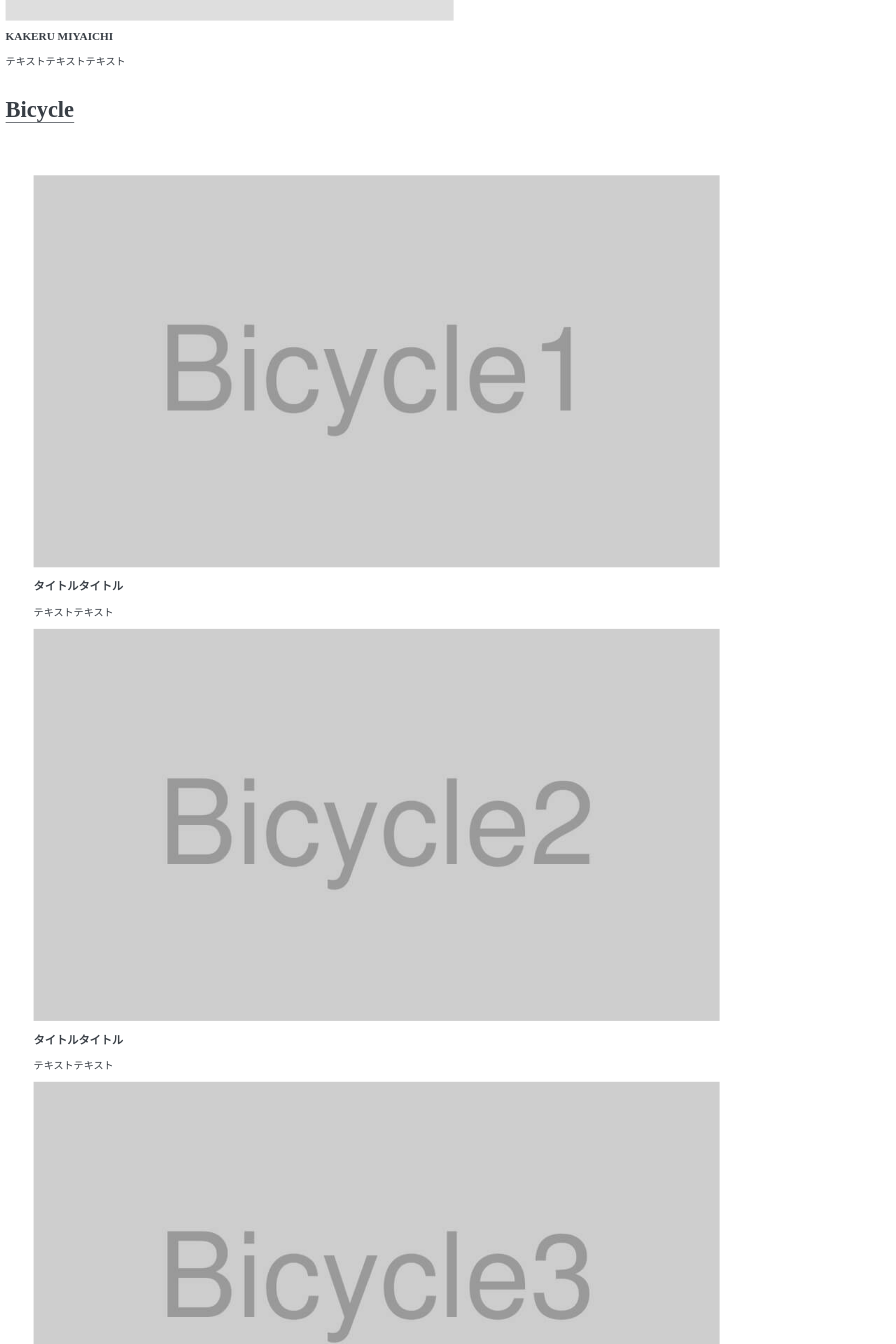
Repository: Fuki-san/bicycle
Page: http://localhost/bicycle
An editor plug-in stored every save of this project. The page is shown before and after a run of saves, followed by the edit.
The browser window is 1280 px wide. The pictures show the part of the page from y = 1729 to 3649 px (the page is 3954 px tall before and 3851 px after), at 70% of full size.
The page is served by the project's Laravel application, run on PHP 8.4 with Laravel 10. Other server files are loaded and not shown.

Above is the page before, as saved 2023-11-16 15:03:29.

### routes/web.php
<?php

use Illuminate\Support\Facades\Route;

/*
|--------------------------------------------------------------------------
| Web Routes
|--------------------------------------------------------------------------
|
| Here is where you can register web routes for your application. These
| routes are loaded by the RouteServiceProvider and all of them will
| be assigned to the "web" middleware group. Make something great!
|
*/

Route::get('/', function () {
    return view('welcome');
});

Route::get('bicycle', function () {
    return view('bicycle');
});

### resources/views/bicycle.blade.php
@extends('layouts.main')

@section('title', 'Bicycle')

@section('content')
    <header id="header" class="wrapper">
        <h1 class="site-title"><a href="bicycle.blade.php"><img src="images/img/logo.svg" alt="Profile"></a></h1>
        <nav>
            <ul>
                <li><a href="#about">About</a></li>
                <li><a href="#bicycle">Bicycle</a></li>
            </ul>
        </nav>
    </header>

    <main>

        <div id="mainvisual"><img src="images/img/mainvisual.jpg"></div>

        <section id="about" class="wrapper">
            <h2 class="section-title">About</h2>
            <div class="content">
                <img src="images/img/about.jpg">
                <div class="text">
                    <h3 class="content-title">KAKERU MIYAICHI</h3>
                    <p>テキストテキストテキスト</p>
                </div>
            </div>
        </section>

        <section id="bicycle" class="wrapper">
            <h2 class="section-title">Bicycle</h2>
            <ul>
                <li><img src="images/img/bicycle1.jpg">
                    <h3 class="content-title">タイトルタイトル</h3>
                    <p>テキストテキスト</p>
                </li>
                <li><img src="images/img/bicycle2.jpg">
                    <h3 class="content-title">タイトルタイトル</h3>
                    <p>テキストテキスト</p>
                </li>
                <li><img src="images/img/bicycle3.jpg">
                    <h3 class="content-title">タイトルタイトル</h3>
                    <p>テキストテキスト</p>
                </li>
            </ul>
        </section>
    </main>

    <footer id="footer">
        <p>&copy; 2020 Profile</p>
    </footer>
@endsection

### resources/views/layouts/main.blade.php
<!DOCTYPE html>
<html lang="ja">
<head>
    <meta charset="UTF-8">
    <meta name="viewport" content="width=device-width, initial-scale=1.0">
    <meta http-equiv="X-UA-Compatible" content="ie=edge">
    <link rel="stylesheet" href="{{ asset('css/style.css') }}">
    <title>@yield('title')</title>
</head>
<body>
    @yield('content')
</body>
</html>

### public/css/style.css
@charset "UTF-8";

html{
    font-size: 100%;
}

body{
    color: #383e45;
    font-size: 0.9rem;
}

a {
    text-decoration: none;
}

img {
    max-width: 100%;
}

li{
    list-style: none;
}

.site-title{
    width: 120px;
    line-height: 1px;
    padding: 10px 0;
}

.site-title a{
    display: block;
}

.section-title{
    display: inline-block;
    font-size: 2rem;
    text-align: center;
    margin-bottom: 60px;
    border-bottom: solid 1px #383e45;
}

.content-title{
    font-size: 1rem;
    margin: 10px 0;
}

### public/img/logo.svg
<?xml version="1.0" encoding="utf-8"?>
<!-- Generator: Adobe Illustrator 15.1.0, SVG Export Plug-In . SVG Version: 6.00 Build 0)  -->
<!DOCTYPE svg PUBLIC "-//W3C//DTD SVG 1.1//EN" "http://www.w3.org/Graphics/SVG/1.1/DTD/svg11.dtd">
<svg version="1.1" id="レイヤー_1" xmlns="http://www.w3.org/2000/svg" xmlns:xlink="http://www.w3.org/1999/xlink" x="0px"
	 y="0px" width="1500px" height="500px" viewBox="0 0 1500 500" enable-background="new 0 0 1500 500" xml:space="preserve">
<g>
	<rect x="0" fill="#393E46" width="1500" height="500"/>
</g>
<g>
	<path fill="#FFFFFF" d="M314.698,365.466h-48.583v-232.55h106.235c45.02,0,72.227,28.825,72.227,74.493
		c0,21.052-11.66,74.169-74.171,74.169h-55.708V365.466z M359.719,241.417c36.275,0,36.275-25.911,36.275-36.275
		c0-22.672-12.632-32.064-42.754-32.064h-38.542v68.34H359.719z"/>
	<path fill="#FFFFFF" d="M478.26,193.158h43.4v29.799h0.646c9.395-17.49,19.758-34.333,47.288-34.333
		c2.915,0,5.83,0.323,8.745,0.647v45.992c-3.887-0.648-8.745-0.648-12.956-0.648c-35.303,0-41.78,22.024-41.78,41.133v89.718H478.26
		V193.158z"/>
	<path fill="#FFFFFF" d="M676.155,370c-46.315,0-88.097-28.501-88.097-90.688c0-62.186,41.781-90.688,88.097-90.688
		c46.316,0,88.097,28.503,88.097,90.688C764.252,341.499,722.472,370,676.155,370z M676.155,226.843
		c-34.979,0-41.457,30.445-41.457,52.47c0,22.023,6.478,52.469,41.457,52.469s41.458-30.445,41.458-52.469
		C717.613,257.288,711.135,226.843,676.155,226.843z"/>
	<path fill="#FFFFFF" d="M848.461,365.466h-45.344V225.547h-24.939v-32.389h24.939v-13.927c0-35.628,19.434-49.231,50.527-49.231
		c13.278,0,19.432,0.323,23.318,0.648v36.599h-12.631c-15.547,0-15.871,4.858-15.871,19.109v6.802h29.474v32.389h-29.474V365.466z"
		/>
	<path fill="#FFFFFF" d="M950.484,172.754H905.14v-42.105h45.345V172.754z M950.484,193.158v172.308H905.14V193.158H950.484z"/>
	<path fill="#FFFFFF" d="M1040.524,365.466h-45.344v-232.55h45.344V365.466z"/>
	<path fill="#FFFFFF" d="M1231.94,314.939c-11.982,41.457-46.314,55.061-75.788,55.061c-48.584,0-85.83-23.319-85.83-94.252
		c0-20.728,7.125-87.124,82.592-87.124c34.008,0,80.971,16.194,80.971,94.898v8.097h-118.219
		c1.296,12.956,3.887,42.105,40.486,42.105c12.631,0,25.586-6.479,29.148-18.785H1231.94z M1187.245,262.146
		c-2.591-27.855-20.404-36.275-34.979-36.275c-21.377,0-32.713,13.604-35.304,36.275H1187.245z"/>
</g>
</svg>

After the next 5 saves:
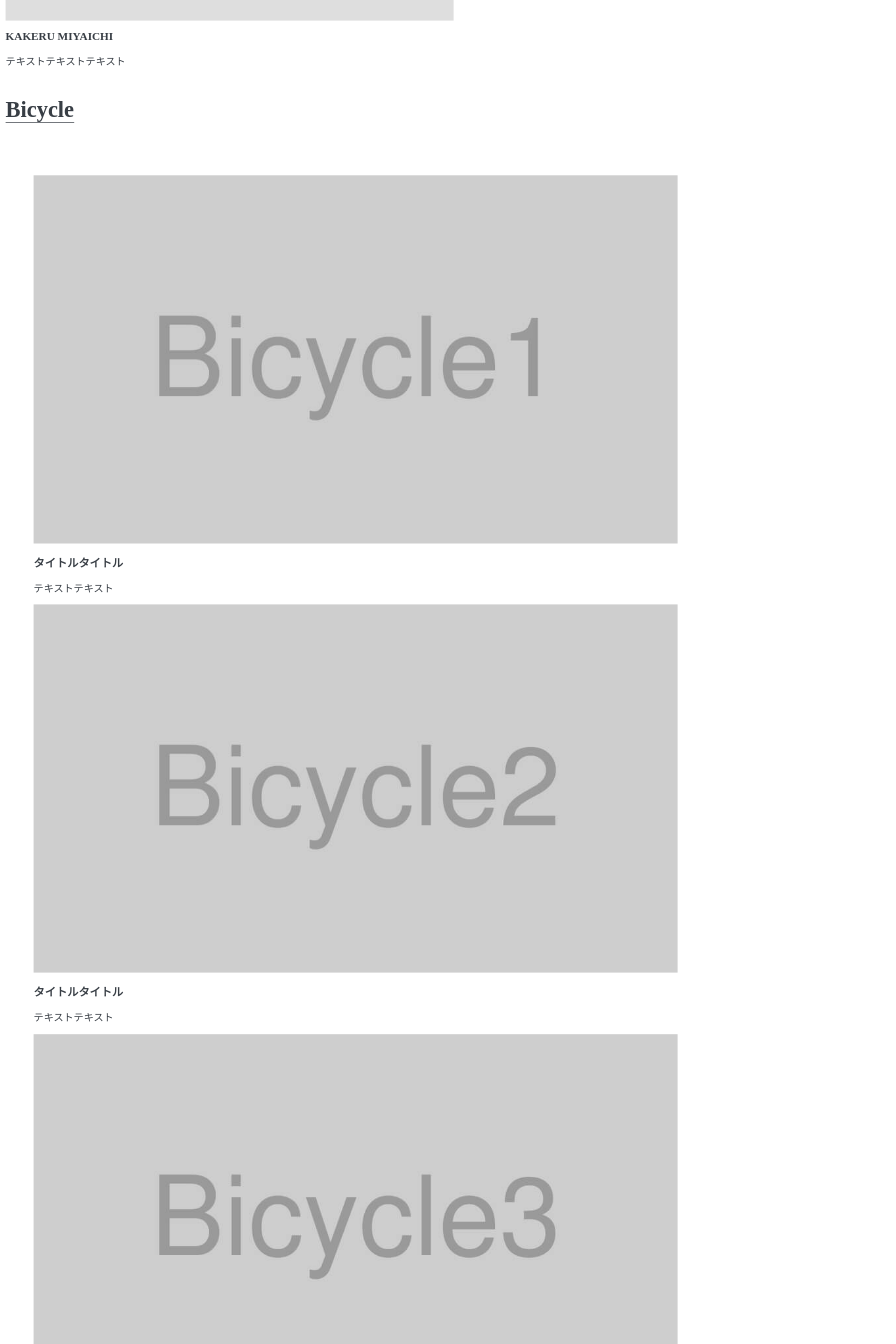
The 5 saves are shown as one change because they came seconds apart.
The last was saved 15 s later.
--- a/public/css/style.css
+++ b/public/css/style.css
@@ -43,3 +43,8 @@ li{
     font-size: 1rem;
     margin: 10px 0;
 }
+
+.wrapper{
+    max-width: 960px;
+    margin: ;
+}
